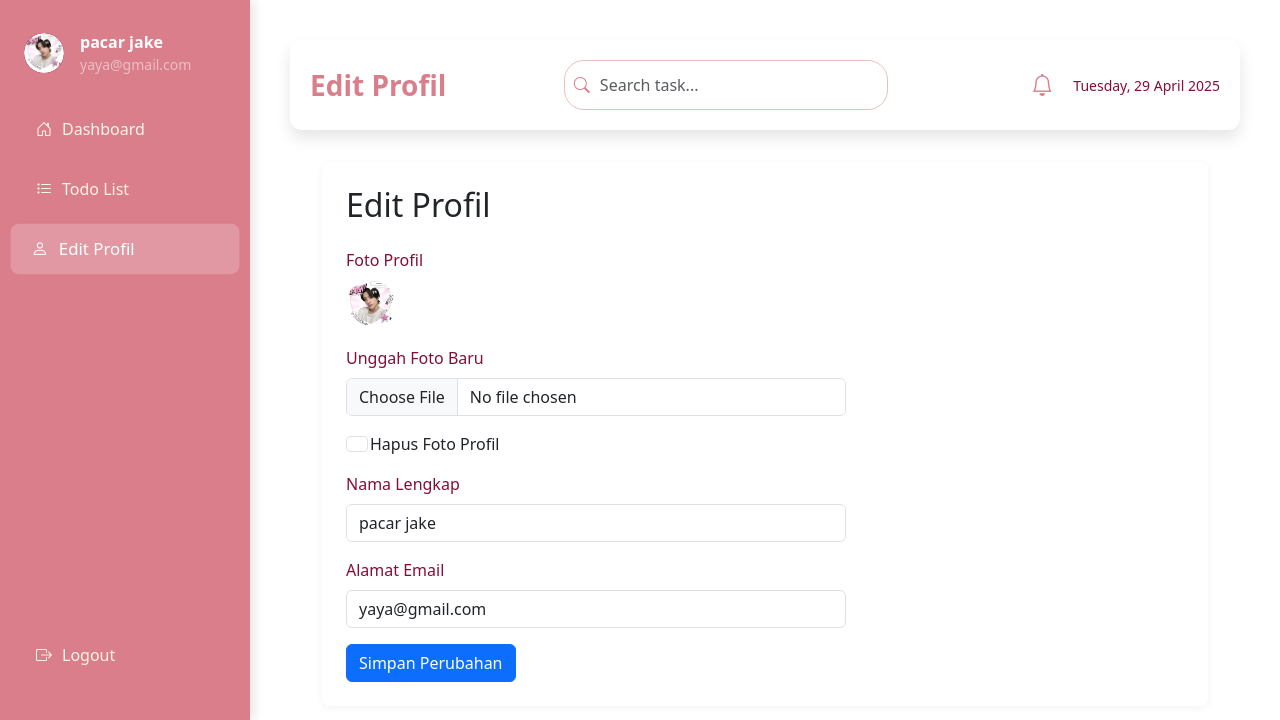
Repository: zhr-nabila/FloTime
Page: http://localhost/profile.php
These files come from the project's save history. The page is drawn as it stood at one moment and after a run of saves; the edit follows.
The browser window is 1280 px wide. The pictures show the whole page.
An inner scrolling area shows only its first screen. The page is run by PHP 8.4 with error messages shown; the project is at /var/www/html/. The session is filled in as if someone had signed in: {"email": "yaya@gmail.com", "status": "login", "user_id": 2}. Other server files are loaded and not shown. The database holds what the project's SQL file puts in it.

Above is the page before, as saved 2025-04-30 20:33:01.

### profile.php
<?php
session_start();
include 'koneksi.php';

if (!isset($_SESSION['email'])) {
    header("Location: login.php");
    exit;
}

$email = $_SESSION['email'];
$activePage = 'profile';

// Ambil data user
$query = mysqli_query($conn, "SELECT * FROM users WHERE email = '$email'");
$user = mysqli_fetch_assoc($query);

// Proses update
if ($_SERVER["REQUEST_METHOD"] == "POST") {
    $new_name = mysqli_real_escape_string($conn, $_POST['name']);
    $new_email = mysqli_real_escape_string($conn, $_POST['email']);
    $photo_name = $user['photo']; // default photo lama

    // Upload foto jika ada
    if (isset($_FILES['photo']) && $_FILES['photo']['error'] == 0) {
        $allowed = ['jpg', 'jpeg', 'png', 'gif'];
        $ext = strtolower(pathinfo($_FILES['photo']['name'], PATHINFO_EXTENSION));
        if (in_array($ext, $allowed)) {
            $filename = uniqid() . '.' . $ext;
            move_uploaded_file($_FILES['photo']['tmp_name'], 'uploads/' . $filename);
            // Hapus file lama
            if ($user['photo'] && file_exists('uploads/' . $user['photo'])) {
                unlink('uploads/' . $user['photo']);
            }
            $photo_name = $filename;
        }
    }

    // Hapus foto jika dipilih
    if (isset($_POST['delete_photo']) && $user['photo']) {
        if (file_exists('uploads/' . $user['photo'])) {
            unlink('uploads/' . $user['photo']);
        }
        $photo_name = null;
    }

    $update = mysqli_query($conn, "UPDATE users SET name='$new_name', email='$new_email', photo=" . ($photo_name ? "'$photo_name'" : "NULL") . " WHERE email='$email'");

    if ($update) {
        $_SESSION['email'] = $new_email;
        header("Location: profile.php");
        exit;
    } else {
        $error = "Gagal memperbarui profil.";
    }
}
?>

<!DOCTYPE html>
<html lang="id">
<head>
    <meta charset="UTF-8">
    <title>Edit Profil</title>
    <link rel="stylesheet" href="css/style.css">
    <link rel="stylesheet" href="css/profile.css">
    <link href="https://cdn.jsdelivr.net/npm/bootstrap@5.3.3/dist/css/bootstrap.min.css" rel="stylesheet">
    <link href="https://cdn.jsdelivr.net/npm/bootstrap-icons@1.10.5/font/bootstrap-icons.css" rel="stylesheet">
</head>
<body>

<?php include 'includes/sidebar.php'; ?>

<div class="main-content">
    <?php
    $pageTitle = "Edit Profil";
    include 'includes/topbar.php';
    ?>
    <div class="content p-4">
        <h2 class="mb-4">Edit Profil</h2>

        <form method="POST" enctype="multipart/form-data" class="form-profile">
            <div class="mb-3">
                <label class="form-label">Foto Profil</label><br>
                <?php if ($user['photo']) : ?>
                    <img src="uploads/<?= htmlspecialchars($user['photo']) ?>" alt="Foto" class="photo-user">
                <?php else : ?>
                    <div class="user-avatar-lg">
                        <?= strtoupper(substr($user['name'] ?: $user['email'], 0, 1)) ?>
                    </div>
                <?php endif; ?>
            </div>

            <div class="mb-3">
                <label for="photo" class="form-label">Unggah Foto Baru</label>
                <input type="file" name="photo" id="photo" class="form-control">
            </div>

            <?php if ($user['photo']) : ?>
                <div class="mb-3 form-check">
                    <input class="form-check-input" type="checkbox" name="delete_photo" id="delete_photo">
                    <label class="form-check-label" for="delete_photo">Hapus Foto Profil</label>
                </div>
            <?php endif; ?>

            <div class="mb-3">
                <label for="name" class="form-label">Nama Lengkap</label>
                <input type="text" name="name" id="name" class="form-control" value="<?= htmlspecialchars($user['name']) ?>" required>
            </div>

            <div class="mb-3">
                <label for="email" class="form-label">Alamat Email</label>
                <input type="email" name="email" id="email" class="form-control" value="<?= htmlspecialchars($user['email']) ?>" required>
            </div>

            <?php if (isset($error)) : ?>
                <div class="alert alert-danger"><?= $error ?></div>
            <?php endif; ?>

            <button type="submit" class="btn btn-primary">Simpan Perubahan</button>
        </form>
    </div>
</div>
</body>
</html>

### koneksi.php
<?php
$host = "localhost";
$user = "root";
$pass = "";
$db = "todolist";

$conn = mysqli_connect($host, $user, $pass, $db);

if (!$conn) {
    die("Koneksi gagal: " . mysqli_connect_error());
}

### includes/sidebar.php
<?php
if (!isset($_SESSION)) session_start();
include_once 'koneksi.php';

$email = $_SESSION['email'] ?? '';

// Ambil data user
$query = mysqli_query($conn, "SELECT * FROM users WHERE email = '$email'");
$user = mysqli_fetch_assoc($query);

// Ambil nama dan foto
$name = $user['name'] ?? '';
$avatar = $user['photo'] ?? null; // GUNAKAN 'photo' bukan 'avatar'

// Ambil inisial dari nama jika ada, kalau tidak dari email
$display_name = $name ?: $email;
$initial = strtoupper(substr($display_name, 0, 1));
?>

<div class="sidebar d-flex flex-column">
    <div class="px-4 d-flex align-items-center mb-4">
        <div class="user-avatar">
            <?php if ($avatar && file_exists("uploads/$avatar")): ?>
                <img src="uploads/<?= htmlspecialchars($avatar) ?>" alt="Avatar">
            <?php else: ?>
                <?= $initial ?>
            <?php endif; ?>
        </div>
        <div class="ms-3">
            <div class="fw-semibold"><?= htmlspecialchars($name ?: 'User') ?></div>
            <div class="small text-white-50"><?= htmlspecialchars($email) ?></div>
        </div>
    </div>
    <nav class="nav flex-column px-3">
        <a class="nav-link <?= ($activePage == 'dashboard') ? 'active' : '' ?>" href="dashboard.php">
            <i class="bi bi-house-door"></i> Dashboard
        </a>
        <a class="nav-link <?= ($activePage == 'todo') ? 'active' : '' ?>" href="todo.php">
            <i class="bi bi-list-task"></i> Todo List
        </a>
        <a class="nav-link <?= ($activePage == 'profile') ? 'active' : '' ?>" href="profile.php">
            <i class="bi bi-person"></i> Edit Profil
        </a>
        <a class="nav-link logout" href="logout.php">
            <i class="bi bi-box-arrow-right"></i> Logout
        </a>
    </nav>
</div>

### includes/topbar.php
<div class="header">
    <div class="title"><?= isset($pageTitle) ? htmlspecialchars($pageTitle) : 'Untitled'; ?></div>
    <div class="search-bar">
        <form method="GET" action="todo.php" class="d-flex">
            <input type="text" name="search" class="form-control" placeholder="Search task..." value="<?= isset($_GET['search']) ? htmlspecialchars($_GET['search']) : '' ?>">
            <button type="submit" class="btn"><i class="bi bi-search"></i></button>
        </form>
    </div>

    <div class="notifications">
        <i class="bi bi-bell"></i>
        <div class="date"><?= date('l, d F Y') ?></div>
    </div>
</div>

### css/style.css
@import url('https://fonts.googleapis.com/css2?family=Poppins:wght@500&display=swap');

:root {
    --c0: #ffffff;
    --c1: #E3919F;
    --c2: #E7C0BC;
    --c3: #370808;
    --c4: #D97E8A;
    --c5: #EC9FAB;
    --c6: #000000;
    /* gradient */
    --c7: #850e35;
    --c8: #ee6983;
    --c9: #ffc4c4;
    --c10: #fff5e4;
    --c11: #d1d5db;
}


*:not(input):not(textarea):not([contenteditable="true"]) {
    caret-color: transparent !important;
}

input,
textarea,
[contenteditable="true"] {
    caret-color: auto;
    outline: none;
    padding: 6px 10px;
    border-radius: 5px;
    transition: border 0.2s ease;
}

body {
    background: #f5f8fa;
    font-family: 'Segoe UI', sans-serif;
    margin: 0;
    padding: 0;
    overflow: hidden;
}

html,
body {
    height: 100%;
}


::-webkit-scrollbar {
    display: none;
}

.main-content {
    margin-left: 250px;
    padding: 40px;
    height: 100vh;
    overflow-y: auto;
}


.sidebar {
    height: 100vh;
    background: var(--c4);
    color: var(--c0);
    padding-top: 30px;
    position: fixed;
    width: 250px;
    transition: all 0.3s;
    box-shadow: 4px 0 10px rgba(0, 0, 0, 0.1);
}

.sidebar .nav-link {
    color: var(--c10);
    padding: 12px 20px;
    margin: 6px 0;
    border-radius: 8px;
    display: flex;
    align-items: center;
    gap: 10px;
    transition: all 0.3s ease;
    font-size: 16px;
}

.sidebar .nav-link:hover,
.sidebar .nav-link.active {
    background-color: rgba(255, 255, 255, 0.2);
    color: var(--c0);
    transform: scale(1.05);
}

.sidebar .nav-link.logout {
    color: var(--c10);
    padding: 12px 20px;
    margin: 22rem 0;
    border-radius: 8px;
    display: flex;
    align-items: center;
    gap: 10px;
    transition: all 0.3s ease;
    font-size: 16px;
}

.sidebar .nav-link.logout:hover {
    background-color: rgba(255, 255, 255, 0.2);
    color: var(--c0);
    transform: scale(1.05);
}

.main-content {
    margin-left: 250px;
    padding: 40px;
}

.header {
    display: flex;
    justify-content: space-between;
    align-items: center;
    padding: 20px;
    background: var(--c0);
    border-radius: 12px;
    box-shadow: 0 8px 15px rgba(0, 0, 0, 0.1);
    margin-bottom: 20px;
}

.header .title {
    font-size: 28px;
    font-weight: bold;
    color: var(--c4);
}

.header .search-bar {
    position: relative;
    width: 350px;
}

.header .search-bar input {
    width: 100%;
    padding: 12px 40px 12px 35px;
    border-radius: 20px;
    border: 1px solid var(--c2);
    font-size: 16px;
    transition: border 0.3s;
}

.header .search-bar input:focus {
    border: 1px solid var(--c4);
    outline: none;
}

.header .search-bar i {
    position: absolute;
    top: 50%;
    left: 10px;
    transform: translateY(-50%);
    color: var(--c4);
}

.header .notifications {
    display: flex;
    align-items: center;
    gap: 20px;
}

.header .notifications .bi {
    font-size: 22px;
    cursor: pointer;
    color: var(--c4);
    transition: color 0.3s;
}

.header .notifications .bi:hover {
    color: var(--c7);
}

.card-welcome {
    background: linear-gradient(135deg, var(--c9), var(--c10));
    border-radius: 10px 60px 30px;
    box-shadow: 0 15px 30px rgba(0, 0, 0, 0.1);
    padding: 30px;
    animation: fadeIn 0.6s ease;
    margin-bottom: 30px;
    color: var(--c7);
    border: none;
}

.user-avatar {
    width: 40px;
    height: 40px;
    border-radius: 50%;
    background-color: var(--c7);
    color: var(--c0);
    display: flex;
    align-items: center;
    justify-content: center;
    font-weight: bold;
    font-size: 18px;
    overflow: hidden;
    flex-shrink: 0;
}

.user-avatar img {
    width: 100%;
    height: 100%;
    object-fit: cover;
    border-radius: 50%;
    display: block;
}
.user-avatar {
    width: 40px;
    height: 40px;
    border-radius: 50%;
    background-color: var(--c7);
    color: var(--c0);
    display: flex;
    align-items: center;
    justify-content: center;
    font-weight: bold;
    font-size: 18px;
    overflow: hidden;
    flex-shrink: 0;
}

.user-avatar img {
    width: 100%;
    height: 100%;
    object-fit: cover;
    border-radius: 50%;
    display: block;
}


.date {
    font-size: 14px;
    color: var(--c7);
}

@keyframes fadeIn {
    from {
        opacity: 0;
        transform: translateY(20px);
    }

    to {
        opacity: 1;
        transform: translateY(0);
    }
}

/* Mobile Responsiveness */
@media (max-width: 768px) {
    .sidebar {
        width: 200px;
    }

    .main-content {
        margin-left: 200px;
    }

    .header .title {
        font-size: 24px;
    }

    .header .search-bar {
        width: 250px;
    }
}

/* todo */

.container {
    animation: fadeIn 0.6s ease;
}

.premium-form {
    background-color: var(--c9);
    border: 2px solid var(--c2);
    border-radius: 12px;
}

.btn-gradient {
    background-color: var(--c7);
    color: white;
    border: none;
    transition: 0.3s ease;
    border-radius: 10px;
    padding: 10px;
}

.btn-gradient:hover {
    transform: scale(1.02);
    background-color: var(--c8);
    color: var(--c0);
    box-shadow: 0 4px 8px rgba(0, 0, 0, 0.15);
}

.form-control-sm {
    font-size: 14px;
    padding: 0.8rem 1rem;
    border: none;
}

.form-label {
    color: var(--c7);
}

.premium-table th {
    font-weight: 600;
    background-color: var(--c9);
    color: var(--c7);
}

.premium-table td {
    vertical-align: middle;
    padding-top: 16px;
    padding-bottom: 16px;
    font-size: 15px;
}

.table-hover tbody tr:hover {
    background-color: #fdf2f2;
    transition: 0.3s;
}

.table td,
.table th {
    text-align: center;
}

.btn-icon {
    width: 38px;
    height: 38px;
    padding: 0;
    border-radius: 50%;
    display: inline-flex;
    align-items: center;
    justify-content: center;
    font-size: 1.1rem;
    transition: all 0.3s ease-in-out;
}

.btn-icon:hover {
    box-shadow: 0 0 10px rgba(100, 180, 255, 0.4);
    transform: scale(1.08);
}

### css/profile.css
/* profile.css */
body {
    background-color: #f5f5f5;
    font-family: 'Segoe UI', Tahoma, Geneva, Verdana, sans-serif;
}

.container-fluid {
    min-height: 100vh;
}

.content {
    flex-grow: 1;
    background-color: white;
    border-radius: 8px;
    box-shadow: 0 2px 8px rgba(0, 0, 0, 0.05);
    margin: 2rem;
}

.form-profile {
    max-width: 500px;
}

.form-label {
    font-weight: 500;
}

.btn-primary {
    background-color: #6c63ff;
    border: none;
    padding: 0.5rem 1.2rem;
    font-weight: 500;
    border-radius: 5px;
    transition: background-color 0.2s ease;
}

.btn-primary:hover {
    background-color: #574b90;
}

.photo-user {
    width: 50px;
    height: 50px;
    object-fit: cover;
    border-radius: 100%;
    display: block;
}

### todolist.sql (the tables this page reads)
CREATE TABLE `users` (
  `id` int(11) NOT NULL,
  `email` varchar(255) NOT NULL,
  `name` varchar(100) DEFAULT NULL,
  `password` varchar(255) NOT NULL,
  `photo` varchar(255) DEFAULT NULL
) ENGINE=InnoDB DEFAULT CHARSET=utf8mb4 COLLATE=utf8mb4_general_ci;

INSERT INTO `users` (`id`, `email`, `name`, `password`, `photo`) VALUES
(2, 'yaya@gmail.com', 'pacar jake', '1234', '682bf641de05a.jpeg');

ALTER TABLE `users`
  ADD PRIMARY KEY (`id`),
  ADD UNIQUE KEY `email` (`email`);

ALTER TABLE `users`
  MODIFY `id` int(11) NOT NULL AUTO_INCREMENT, AUTO_INCREMENT=4;

After the next 2 saves:
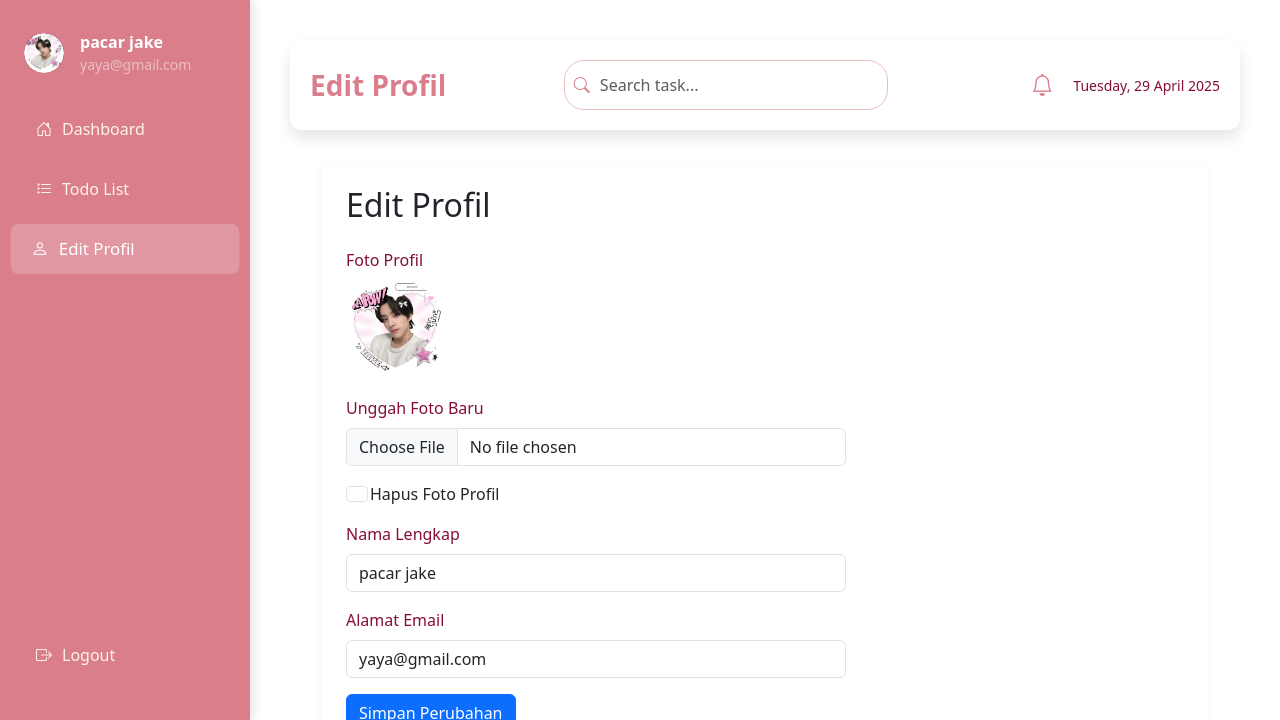
The 2 saves are shown as one change because they came seconds apart.
The last was saved 7 s later.
--- a/css/profile.css
+++ b/css/profile.css
@@ -38,8 +38,8 @@ body {
 }
 
 .photo-user {
-    width: 50px;
-    height: 50px;
+    width: 100px;
+    height: 100px;
     object-fit: cover;
     border-radius: 100%;
     display: block;
